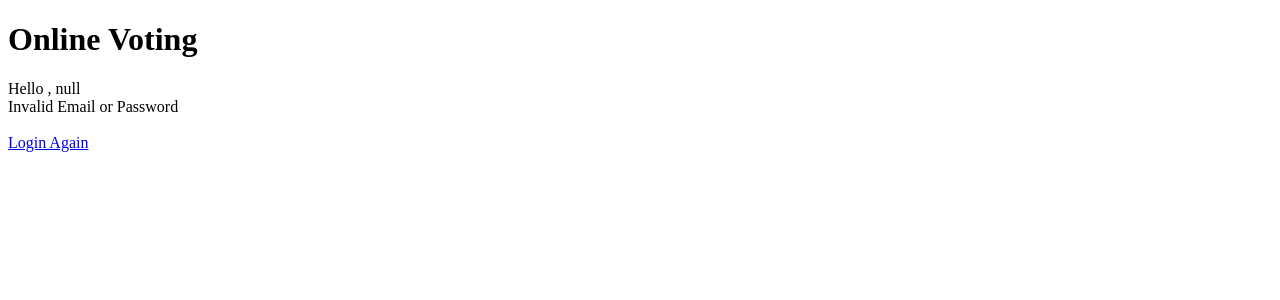
Repository: bhageshchincholi/AdvanceJava
Page: http://localhost/Election/login.jsp
The author's editor kept a copy of each file at every save. The page is drawn from the files as they stood at one save, then again after the next save.
The browser window is 1280 px wide. The pictures show the whole page.
The page is served by Tomcat 9. Other server files are loaded and not shown. Queries for data that is not in the repository find no rows.

Above is the page before, as saved 2024-06-11 10:45:01.

### ElectionJSP/Election/src/main/webapp/login.jsp
<%@ page language="java" contentType="text/html; charset=ISO-8859-1"
    pageEncoding="ISO-8859-1"%>
<!DOCTYPE html>
<html>
<head>
<meta charset="ISO-8859-1">
<title>Login</title>
</head>
<body>
		<jsp:useBean id="lb" class="com.election.beans.LoginBin" />
		<jsp:setProperty property="*" name="lb"/>

		<% lb.authenticate(); %>

		<% if(lb.getUser() != null) { %>
				<% if(lb.getUser().getRole().equals("voter")) { %>
						<jsp:forward page="candidateList.jsp" />
				<% } else { %>
						<jsp:forward page="result.jsp" />
				<% } %>
		<% } else { %>
				<h1>Online Voting</h1>
				Hello , <jsp:getProperty property="email" name="lb"/> <br/>

				Invalid Email or Password <br/><br/>
				<a href="index.jsp">Login Again</a>
		<% } %>
</body>
</html>

### ElectionJSP/Election/src/main/java/com/election/beans/LoginBin.java
package com.election.beans;

import java.sql.Connection;
import java.sql.Date;
import java.sql.DriverManager;
import java.sql.PreparedStatement;
import java.sql.ResultSet;

import com.election.DAO.UserDAO;
import com.election.DAO.UserDaoImpl;
import com.election.entity.User;

public class LoginBin {
	private String email;
	private String password;
	private User user;

	public LoginBin()
	{

	}

	public String getEmail() {
		return email;
	}

	public void setEmail(String email) {
		this.email = email;
	}

	public String getPassword() {
		return password;
	}

	public void setPassword(String password) {
		this.password = password;
	}

	public User getUser() {
		return user;
	}

	public void setUser(User user) {
		this.user = user;
	}


//	public void authenticate()
//	{
//		String url = "jdbc:mysql://localhost:3306/electiondb";
//		String user = "root";
//		String pass = "managaer";
//
//		try(Connection con = DriverManager.getConnection(url,user,pass)) {
//			String query = "Select * from users where email = ? and password = ?";
//
//			PreparedStatement statment = con.prepareStatement(query);
//			statment.setString(1, this.email);
//			statment.setString(2, this.password);
//
//			ResultSet rs = statment.executeQuery();
//			if(rs.next())
//			{
//				int id = rs.getInt("id");
//				String firstName = rs.getString("first_name");
//				String lastName = rs.getString("last_name");
//				email = rs.getString("email");
//				password = rs.getString("password");
//				Date dob  = rs.getDate("dob");
//				int status = rs.getInt("status");
//				String role = rs.getString("role");
//				this.user = new User(id,firstName,lastName,email,password,dob,status,role);
//			}
//			else
//			{
//				this.user = null;
//			}
//		}
//		catch(Exception e)
//		{
//			e.printStackTrace();
//		}

	public void authenticate()
	{
		try(UserDAO user = new UserDaoImpl())
		{
			 User u = user.findByEmail(email);
			 if(u != null && u.getPassword().equals(password))
				 this.user = u;
			 else
				 this.user = null;
		}catch (Exception e) {
			e.printStackTrace();
		}
	}
}

### ElectionJSP/Election/src/main/java/com/election/DAO/UserDAO.java
package com.election.DAO;

import com.election.entity.User;

public interface UserDAO extends AutoCloseable {

	User findByEmail(String email) throws Exception;

	User findById(int id) throws Exception;

	int save(User user) throws Exception;

	int updateStatus(int userId, boolean voted) throws Exception;

	int updatePassword(int userId, String newPassword) throws Exception;

	int deleteById(int id) throws Exception;

	int update(User user) throws Exception;

}

### ElectionJSP/Election/src/main/java/com/election/entity/User.java
package com.election.entity;

import java.sql.Date;

public class User {

	private int id;
	private String firstName;
	private String lastName;
	private String email;
	private String password;
	private Date birth;
	private int status;
	private String role;

	public User() {
	}

	public User(int id, String firstName, String lastName, String email, String password, Date birth, int status,
			String role) {
		this.id = id;
		this.firstName = firstName;
		this.lastName = lastName;
		this.email = email;
		this.password = password;
		this.birth = birth;
		this.status = status;
		this.role = role;
	}

	public int getId() {
		return id;
	}

	public void setId(int id) {
		this.id = id;
	}

	public String getFirstName() {
		return firstName;
	}

	public void setFirstName(String firstName) {
		this.firstName = firstName;
	}

	public String getLastName() {
		return lastName;
	}

	public void setLastName(String lastName) {
		this.lastName = lastName;
	}

	public String getEmail() {
		return email;
	}

	public void setEmail(String email) {
		this.email = email;
	}

	public String getPassword() {
		return password;
	}

	public void setPassword(String password) {
		this.password = password;
	}

	public Date getBirth() {
		return birth;
	}

	public void setBirth(Date birth) {
		this.birth = birth;
	}

	public int getStatus() {
		return status;
	}

	public void setStatus(int status) {
		this.status = status;
	}

	public String getRole() {
		return role;
	}

	public void setRole(String role) {
		this.role = role;
	}

	@Override
	public String toString() {
		return "User [id=" + id + ", firstName=" + firstName + ", lastName=" + lastName + ", email=" + email
				+ ", password=" + password + ", birth=" + birth + ", status=" + status + ", role=" + role + "]";
	}
}

### ElectionJSP/Election/src/main/java/com/election/DAO/DAO.java
package com.election.DAO;

import java.sql.Connection;
import java.sql.SQLException;

import com.election.utils.DBUtil;

public class DAO {

	protected Connection connection;
	public DAO() throws Exception {
		connection = DBUtil.getConnection();
	}
	public void close() {
		try {
			if(connection != null)
				connection.close();
		} catch (SQLException e) {
			e.printStackTrace();
		}
	}

}

### ElectionJSP/Election/src/main/java/com/election/DAO/UserDaoImpl.java
package com.election.DAO;

import java.sql.Date;
import java.sql.PreparedStatement;
import java.sql.ResultSet;

import com.election.entity.User;

public class UserDaoImpl extends DAO implements UserDAO{
	public UserDaoImpl() throws Exception {
	}
	public User findByEmail(String email) throws Exception {
		String sql = "SELECT * FROM users WHERE email=?";
		try(PreparedStatement stmt = connection.prepareStatement(sql)) {
			stmt.setString(1, email);
			try(ResultSet rs = stmt.executeQuery()) {
				if(rs.next()) {
					int id = rs.getInt("id");
					String firstName = rs.getString("first_name");
					String lastName = rs.getString("last_name");
					email = rs.getString("email");
					String password = rs.getString("password");
					Date dob = rs.getDate("dob");
					int status = rs.getInt("status");
					String role = rs.getString("role");
					User u = new User(id, firstName, lastName, email, password, dob, status, role);
					return u;
				}
			} // rs.close();
		} // stmt.close();
		return null;
	}

	public User findById(int id) throws Exception {
		String sql = "SELECT * FROM users WHERE id=?";
		try(PreparedStatement stmt = connection.prepareStatement(sql)) {
			stmt.setInt(1, id);
			try(ResultSet rs = stmt.executeQuery()) {
				if(rs.next()) {
					id = rs.getInt("id");
					String firstName = rs.getString("first_name");
					String lastName = rs.getString("last_name");
					String email = rs.getString("email");
					String password = rs.getString("password");
					Date dob = rs.getDate("dob");
					int status = rs.getInt("status");
					String role = rs.getString("role");
					User u = new User(id, firstName, lastName, email, password, dob, status, role);
					return u;
				}
			} // rs.close();
		} // stmt.close();
		return null;
	}

	public int save(User user) throws Exception {
		String sql = "INSERT INTO users VALUES(default, ?, ?, ?, ?, ?, ?, ?)";
		try(PreparedStatement stmt = connection.prepareStatement(sql)) {
			stmt.setString(1, user.getFirstName());
			stmt.setString(2, user.getLastName());
			stmt.setString(3, user.getEmail());
			stmt.setString(4, user.getPassword());
			stmt.setDate(5, user.getBirth());
			stmt.setInt(6, user.getStatus());
			stmt.setString(7, user.getRole());
			int cnt = stmt.executeUpdate();
			return cnt;
		} //stmt.close();
	}

	public int updateStatus(int userId, boolean voted) throws Exception {
		String sql = "UPDATE users SET status=? WHERE id=?";
		try(PreparedStatement stmt = connection.prepareStatement(sql)){
			stmt.setInt(1, (voted ? 1 : 0));
			stmt.setInt(2, userId);
			int cnt = stmt.executeUpdate();
			return cnt;
		} // stmt.close();
	}

	public int updatePassword(int userId, String newPassword) throws Exception {
		String sql = "UPDATE users SET password=? WHERE id=?";
		try(PreparedStatement stmt = connection.prepareStatement(sql)){
			stmt.setString(1, newPassword);
			stmt.setInt(2, userId);
			int cnt = stmt.executeUpdate();
			return cnt;
		} // stmt.close();
	}

	public int deleteById(int id) throws Exception {
		String sql = "DELETE FROM users WHERE id=?";
		try(PreparedStatement stmt = connection.prepareStatement(sql)) {
			stmt.setInt(1, id);
			int cnt = stmt.executeUpdate();
			return cnt;
		} //stmt.close();
	}

	public int update(User user) throws Exception {
		String sql = "UPDATE users SET first_name=?, last_name=?, email=?, dob=? WHERE id=?";
		try(PreparedStatement stmt = connection.prepareStatement(sql)) {
			stmt.setString(1, user.getFirstName());
			stmt.setString(2, user.getLastName());
			stmt.setString(3, user.getEmail());
			stmt.setDate(4, user.getBirth());
			stmt.setInt(5, user.getId());
			int cnt = stmt.executeUpdate();
			return cnt;
		} //stmt.close();
	}
}

### ElectionJSP/Election/src/main/java/com/election/utils/DBUtil.java
package com.election.utils;

import java.sql.Connection;
import java.sql.DriverManager;
import java.sql.SQLException;

public class DBUtil {

	public static final String DB_DRIVER = "com.mysql.cj.jdbc.Driver";
	public static final String DB_URL = "jdbc:mysql://localhost:3306/electiondb";
	public static final String DB_USER = "root";
	public static final String DB_PASSWD = "manager";


	//  if db driver is not present then it will exit
	static {
		try {
			Class.forName(DB_DRIVER);
		} catch (ClassNotFoundException e) {
			e.printStackTrace();
			System.exit(1);
		}
	}

	public static Connection getConnection() throws SQLException {
		Connection connection = DriverManager.getConnection(DB_URL, DB_USER, DB_PASSWD);
		return connection;
	}
}

After the next save:
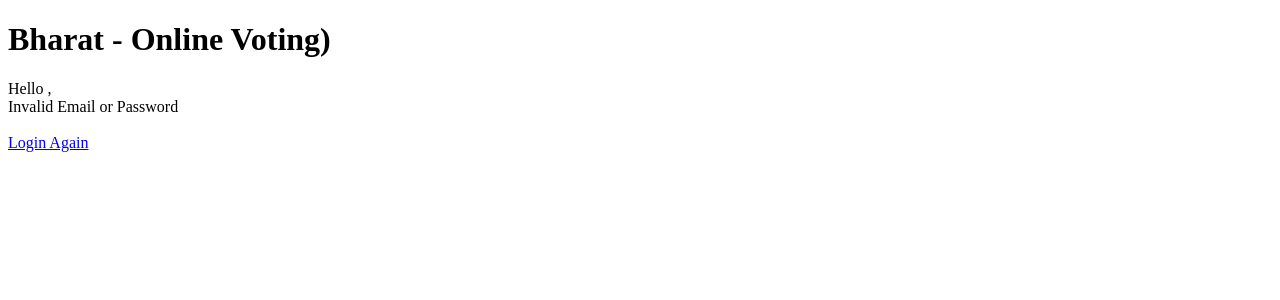
Saved 2 min 3 s later.
--- a/ElectionJSP/Election/src/main/webapp/login.jsp
+++ b/ElectionJSP/Election/src/main/webapp/login.jsp
@@ -19,9 +19,10 @@
 						<jsp:forward page="result.jsp" />
 				<% } %>
 		<% } else { %>
-				<h1>Online Voting</h1>
-				Hello , <jsp:getProperty property="email" name="lb"/> <br/>
-
+				<%-- <h1>Online Voting</h1>
+				Hello , <jsp:getProperty property="email" name="lb"/> <br/> --%>
+				<h1>${initParam.appTitle})</h1>
+				Hello , ${lb.email} <br/>
 				Invalid Email or Password <br/><br/>
 				<a href="index.jsp">Login Again</a>
 		<% } %>
